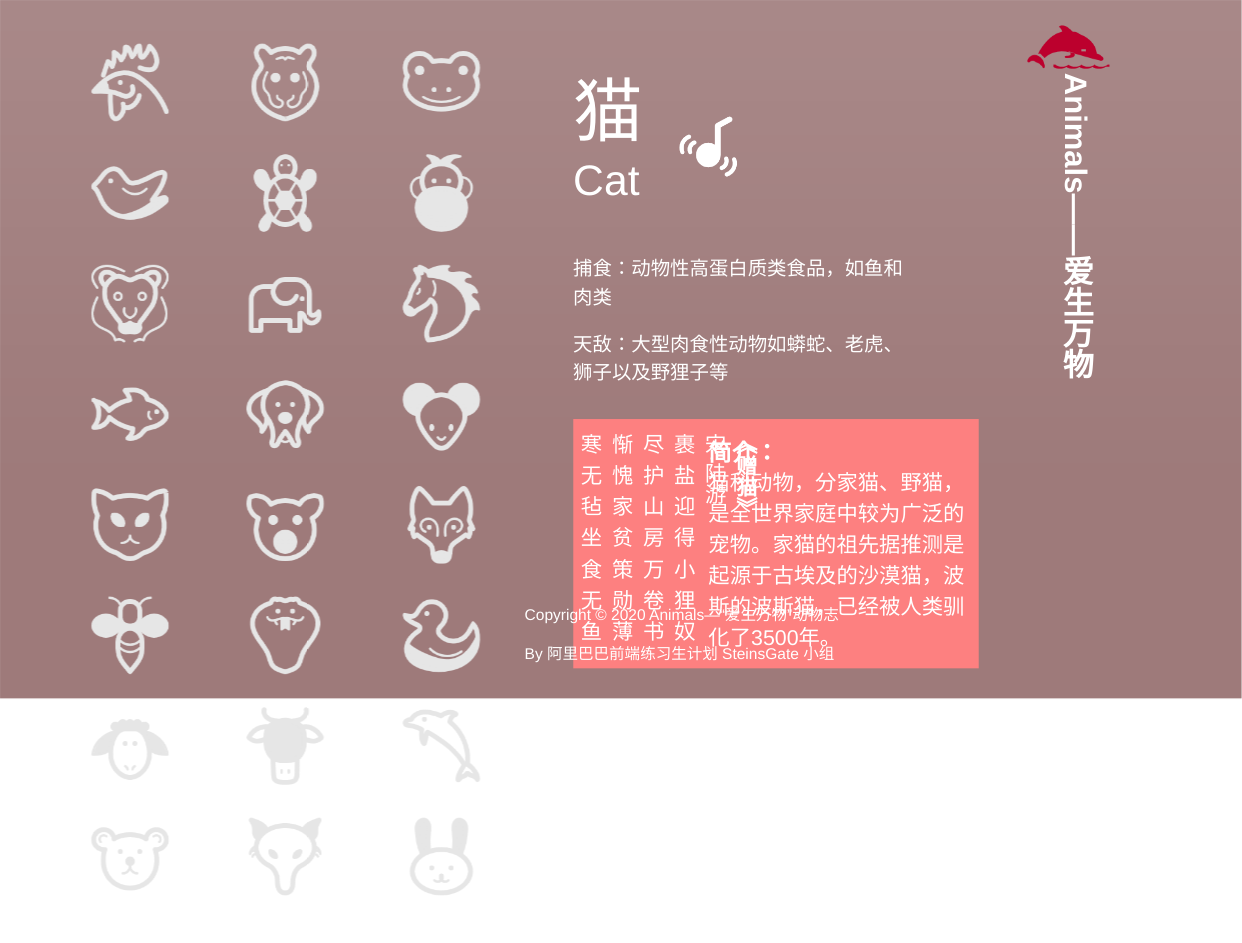
Repository: Whiskeyi/Animals
Page: /
These files come from the project's save history. The page is drawn as it stood at one moment and after the next save; the edit follows.
The browser window is 1280 px wide. The pictures show the whole page, at 97% of full size.
The project was rebuilt for these pictures with package versions that can differ from the ones it lists, and the page was loaded fresh each time.

Above is the page before, as saved 2021-11-16 21:29:30.

After the next save:
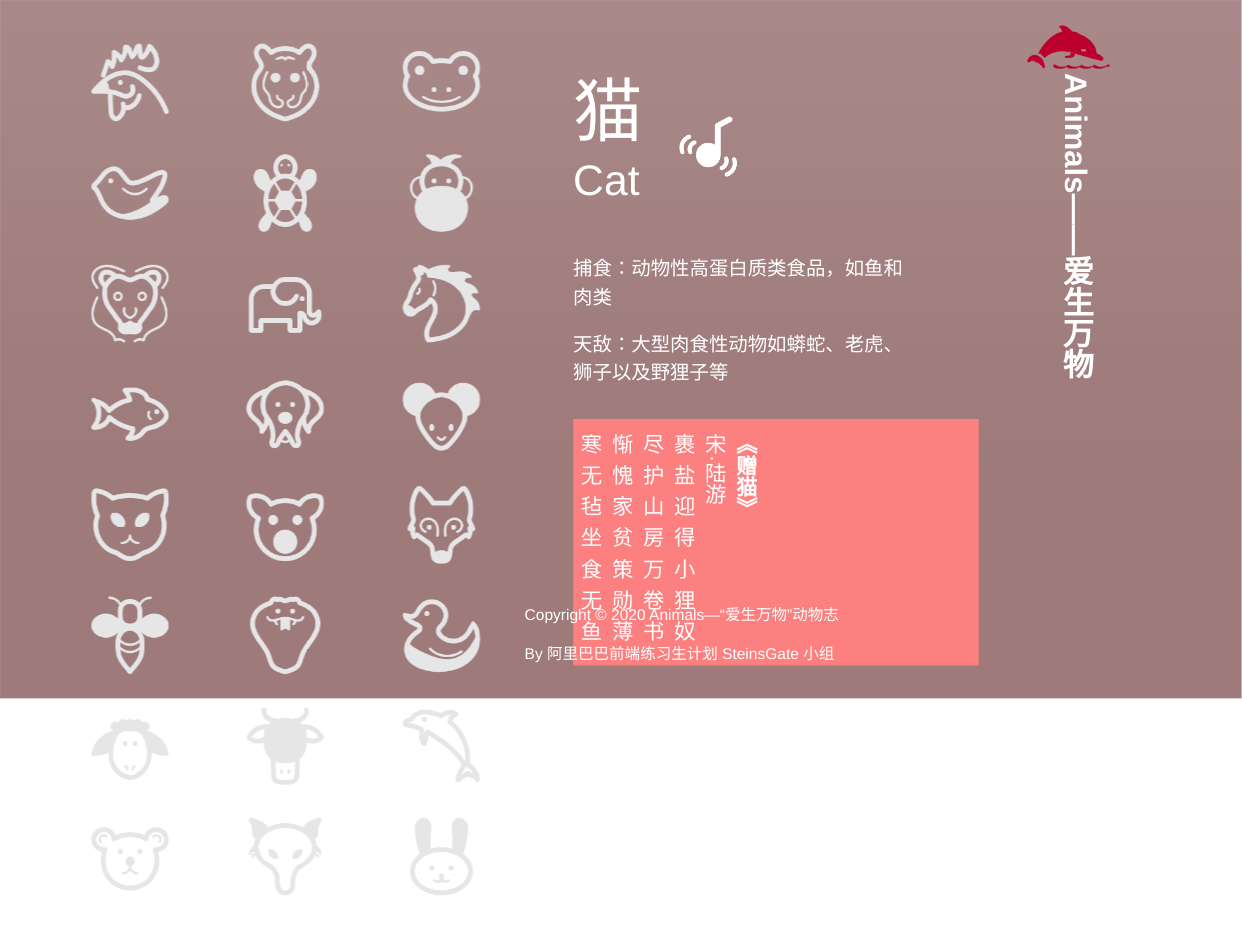
Saved 12 s later.
--- a/src/components/Info/introduce-bottom/index.vue
+++ b/src/components/Info/introduce-bottom/index.vue
@@ -13,7 +13,7 @@
                 <p class="enemyTitle">天敌：</p>
                 <div class="enemy">大型肉食性动物如蟒蛇、老虎、狮子以及野狸子等</div> -->
             </el-col>
-            <el-col :sm="16" :md="24" :lg="16">
+            <el-col :sm="16" :md="0" :lg="16">
                 <div class="IntTitle">简介：</div>
                 <div class="IntContent">猫科动物，分家猫、野猫，是全世界家庭中较为广泛的宠物。家猫的祖先据推测是起源于古埃及的沙漠猫，波斯的波斯猫，已经被人类驯化了3500年。</div>
             </el-col>

After the 5 saves that followed:
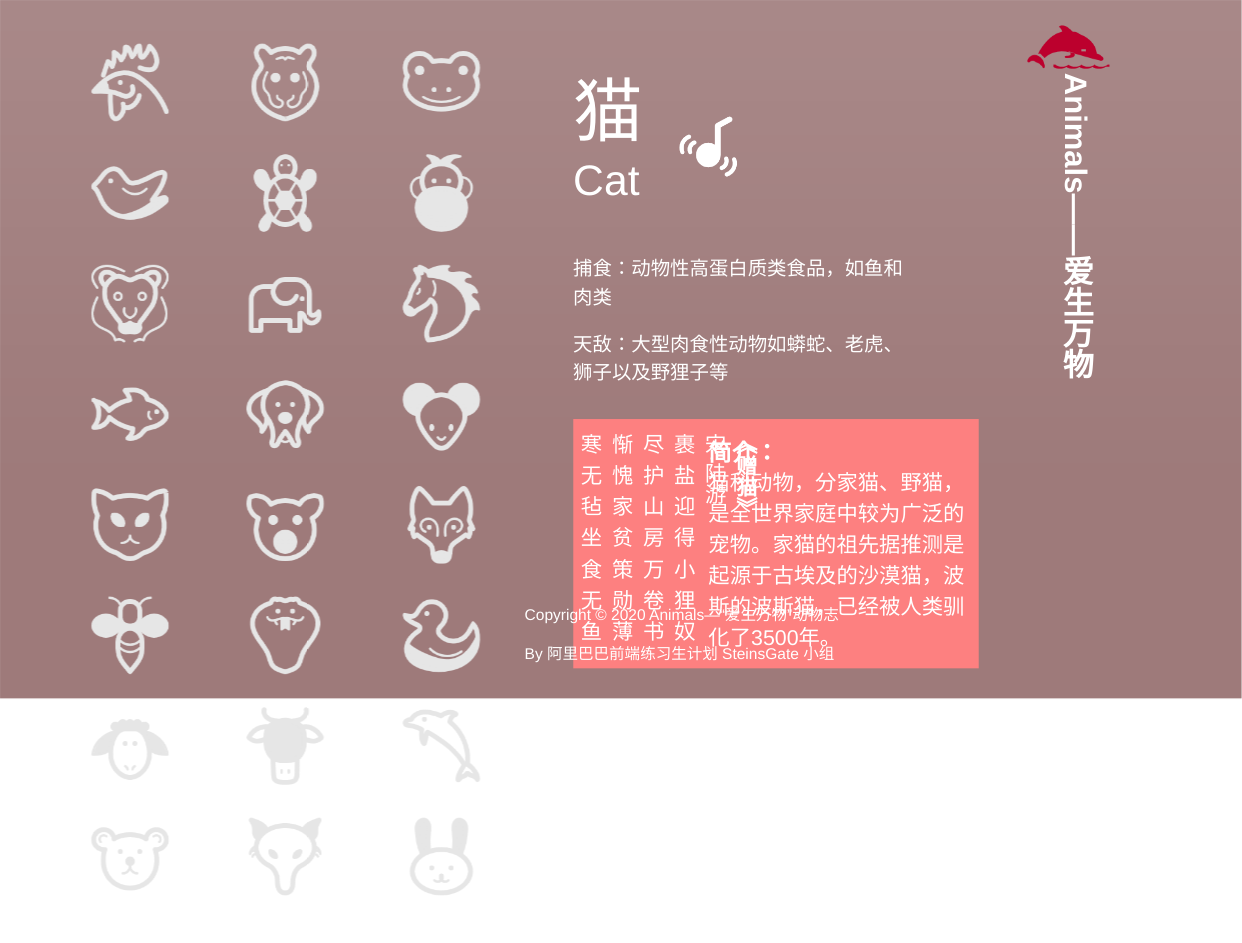
The 5 saves are shown as one change because 2 left the picture as it was and some came seconds apart.
The last was saved 61 s later.
--- a/src/components/Info/introduce-bottom/index.vue
+++ b/src/components/Info/introduce-bottom/index.vue
@@ -13,7 +13,7 @@
                 <p class="enemyTitle">天敌：</p>
                 <div class="enemy">大型肉食性动物如蟒蛇、老虎、狮子以及野狸子等</div> -->
             </el-col>
-            <el-col :sm="16" :md="0" :lg="16">
+            <el-col :sm="16" :md="16" :lg="16">
                 <div class="IntTitle">简介：</div>
                 <div class="IntContent">猫科动物，分家猫、野猫，是全世界家庭中较为广泛的宠物。家猫的祖先据推测是起源于古埃及的沙漠猫，波斯的波斯猫，已经被人类驯化了3500年。</div>
             </el-col>
